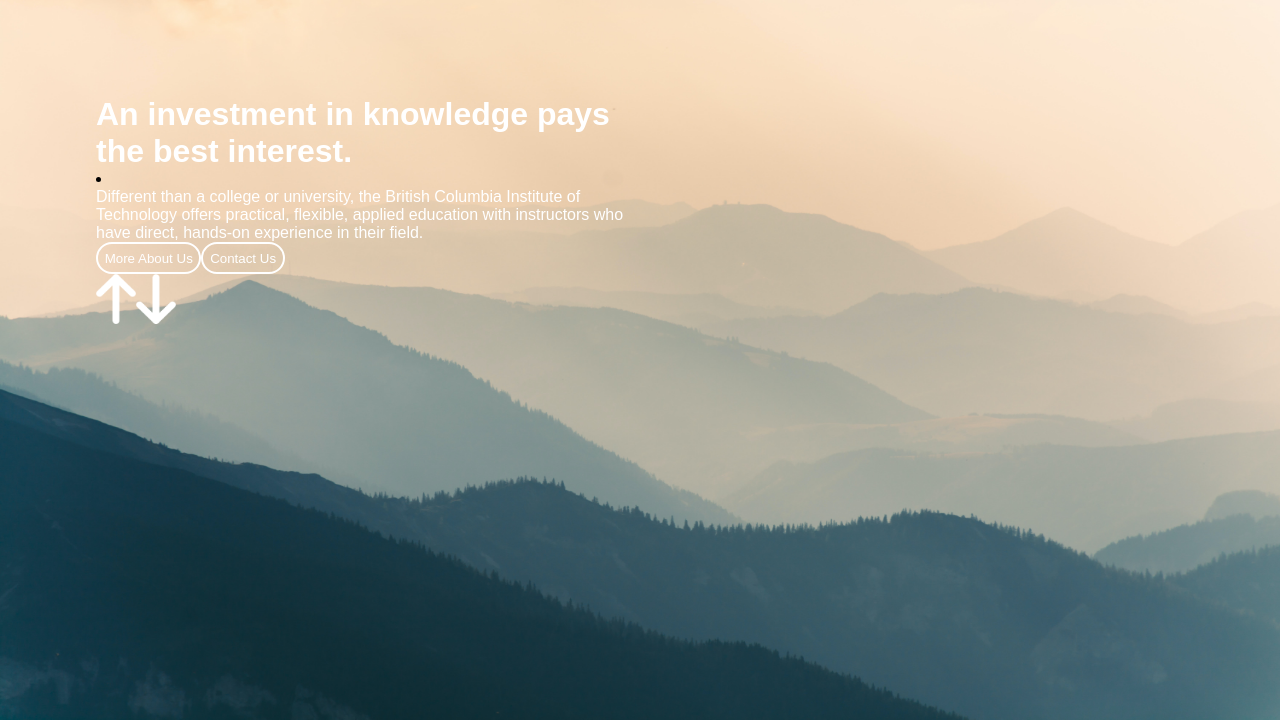
Repository: jennydmcm/assignment-1-playwright-site-A01338943
Page: /
The author's editor kept a copy of each file at every save. The page is drawn from the files as they stood at one save, then again after the next save.
The browser window is 1280 px wide. The pictures show the whole page.
The project was rebuilt for these pictures with package versions that can differ from the ones it lists, and the page was loaded fresh each time. The framework's server and built-in components were replaced by stand-ins that run in the browser. Also part of the build but not shown: next.config.js.

Above is the page before, as saved 2023-02-08 10:09:16.

### pages/_app.js
import '../styles/globals.css'
import '../styles/variables.css'

function MyApp({ Component, pageProps }) {
  return <Component {...pageProps} />
}

export default MyApp

### pages/index.js
import Head from "next/head";
import Image from "next/image";
import { Inter } from "@next/font/google";
import styles from "@/styles/home.module.css";
import Link from "next/link";
import { useRouter } from "next/router";
import Bg from "public/background-images/backgroundMountain.jpg";
import downArrow from "public/icons/downwardArrow.png";
import upArrow from "public/icons/upwardArrow.png";

const inter = Inter({ subsets: ["latin"] });

export default function Home() {
  const router = useRouter();
  return (
    <>
      <Head>
        <title>{"Home"}</title>
        <meta name="description" content="Generated by create next app" />
        <meta name="viewport" content="width=device-width, initial-scale=1" />
        <meta name="author" content={"MDIA 2109"} />
        <meta property="og:title" content={"Assignment #1 - Home Page"} />
        <meta
          property="og:description"
          content={"BCIT Digital Design and Development Diploma"}
        />
        <link rel="icon" href="/favicon.png" />
      </Head>
      <Image
        src={Bg}
        fill
        style={{
          zIndex: -1,
        }}
      />
      <main className={styles.main}>
        <div className={styles.text}>
          <h1 className={styles.header}>
            {"An investment in knowledge pays the best interest."}
          </h1>
          <li></li>
          <p className={styles.subhead}>
            {
              "Different than a college or university, the British Columbia Institute of Technology offers practical, flexible, applied education with instructors who have direct, hands-on experience in their field."
            }
          </p>
        </div>
        <a>
          <button
            className={styles.aboutbtn}
            type="button"
            onClick={() => router.push("/about")}
          >
            More About Us
          </button>
          <button
            className={styles.contactbtn}
            type="button"
            onClick={() => router.push("/contact")}
          >
            Contact Us
          </button>
        </a>

        <a>
          <span>
            <a className={styles.arrow} href="/about">
              <span>
                <Image src={upArrow} width={40} height={50} />
                <Image src={downArrow} width={40} height={50} />
              </span>
            </a>
          </span>
        </a>
      </main>
    </>
  );
}

### styles/variables.css
:root{
    --primary-color: #fff;
    --secondary-color: #f4d6b9;
    --ternary-color: #14343d;
    --quaternary-color: #14343d;
    --quinary-color: rgba(16,46,53,0.5);

}

### styles/Home.module.css
.main {
  display: flex;
  flex-direction: column;
  justify-content: space-between;
  align-items: flex-start;
  padding: 6rem;

}

.text{
  display: flex;
  align-items: flex-start;
  flex-direction: column;
  width: 50%;
}

.header{
  color: var(--primary-color);
  font-family: Arial, Helvetica, sans-serif;

}
.subhead{
  color: var(--primary-color);
  font-family: Arial, Helvetica, sans-serif;
  font-weight: lighter;
}

.aboutbtn{
  color: var(--primary-color);
  background: none;
  border: 0.2em solid white;
  border-radius: 4rem;
  padding: 0.5em;
}

.aboutbtn:hover{
  background-color: white;
  color: var(--ternary-color);
}

.contactbtn{
  color: var(--primary-color);
  background: none;
  border: 0.2em solid white;
  border-radius: 4rem;
  padding: 0.5em;

}

.contactbtn:hover{
  background-color: white;
  color: var(--ternary-color);
}

Loaded but not shown: pages/_document.js (common file); styles/globals.css (common file)

After the next save:
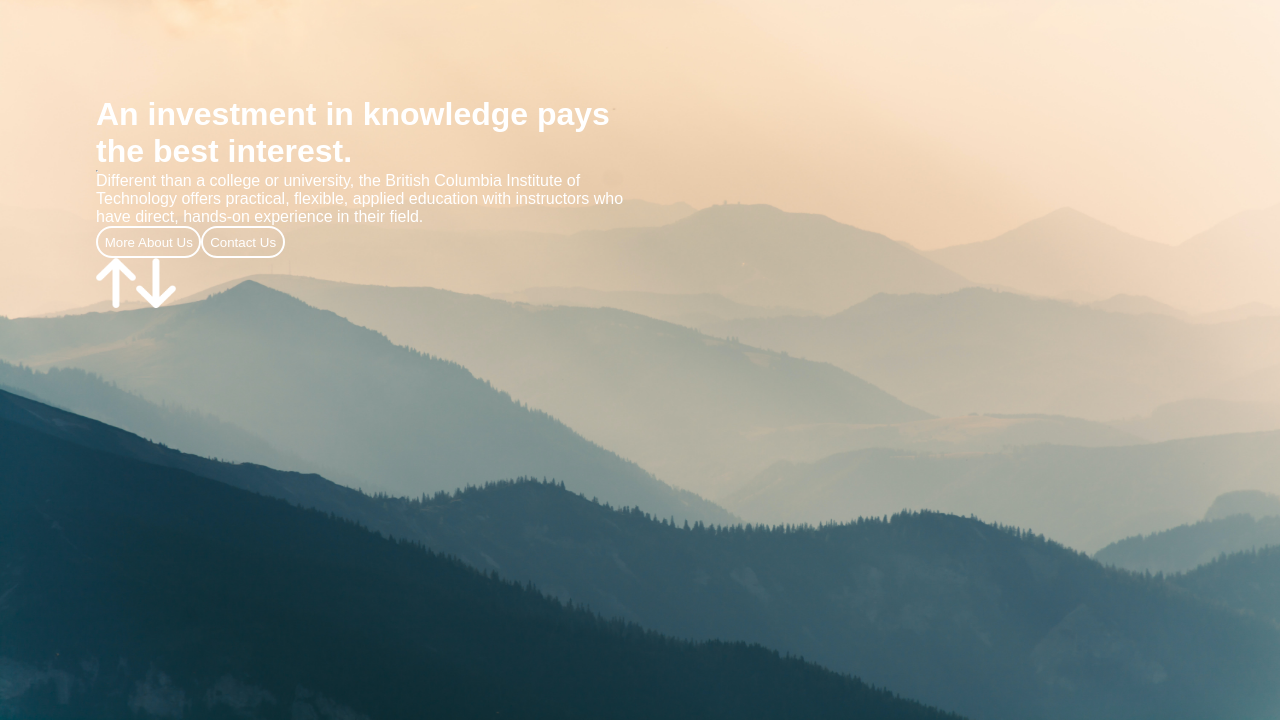
Saved 52 s later.
--- a/pages/index.js
+++ b/pages/index.js
@@ -38,7 +38,7 @@ export default function Home() {
           <h1 className={styles.header}>
             {"An investment in knowledge pays the best interest."}
           </h1>
-          <li></li>
+          <hr className={styles.line}></hr>
           <p className={styles.subhead}>
             {
               "Different than a college or university, the British Columbia Institute of Technology offers practical, flexible, applied education with instructors who have direct, hands-on experience in their field."
